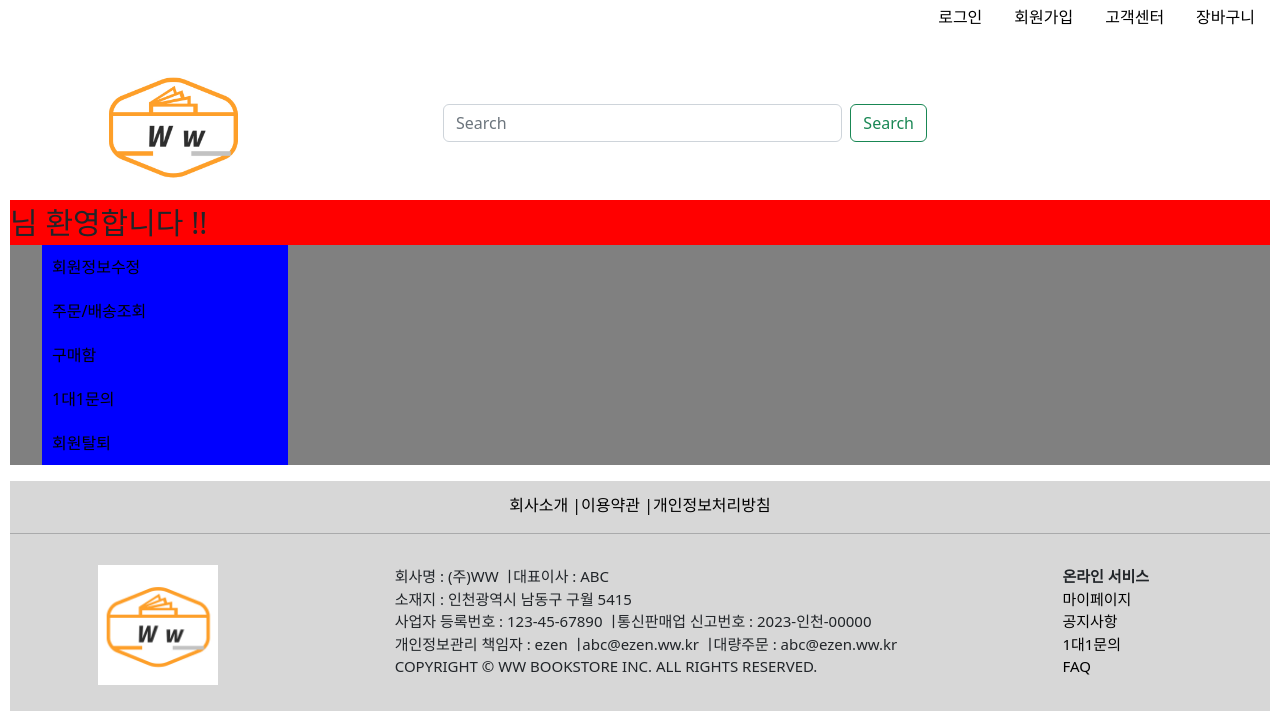
Repository: leehyeonung/project6
Page: http://localhost/book/WEB-INF/views/member/mypage.jsp
The author's editor kept a copy of each file at every save. The page is drawn from the files as they stood at one save, then again after the next save.
The browser window is 1280 px wide. The pictures show the whole page.
The page is served by Tomcat 9. Nobody is signed in. Other server files are loaded and not shown. The template is opened directly, without the code that normally fills it, so the values that code supplies are empty.

Above is the page before, as saved 2023-01-06 03:04:05.

### book/src/main/webapp/WEB-INF/views/member/mypage.jsp
<%@ page language="java" contentType="text/html; charset=UTF-8"
    pageEncoding="UTF-8"%>
<!DOCTYPE html>
<html>
<head>
<meta charset="UTF-8">
<title>Insert title here</title>
<link rel="stylesheet" type="text/css" href="/resources/css/mypage.css">
</head>
<body>
<jsp:include page="../layout/header.jsp"></jsp:include>
<div class="main">

<div class="information">

<div class="id">
${ses.mem_id}님 환영합니다 !!
</div>

<div class="cell">
${ses.mem_cell_num}
</div>

</div>

<div class="select">
<ul>
	<li><a href="/mem/modify" class="category">회원정보수정</a></li>
	<li><a href="/mem/orderCheck?mem_num=${ses.mem_num}" class="category">주문/배송조회</a></li>
	<li><a href="/mem/buyCheck?mem_num=${ses.mem_num}" class="category">구매함</a></li>
	<li><a href="/board/list" class="category">1대1문의</a></li>
	<li><a href="/mem/delete" class="category">회원탈퇴</a></li>
</ul>
</div>

</div>

<jsp:include page="../layout/footer.jsp"></jsp:include>
</body>
</html>

### book/src/main/webapp/WEB-INF/views/layout/header.jsp
<%@ page language="java" contentType="text/html; charset=UTF-8"
    pageEncoding="UTF-8"%>
<%@ taglib uri="http://java.sun.com/jsp/jstl/core" prefix="c"%>
<!DOCTYPE html>
<html>
<head>
<meta charset="UTF-8">
<title>Insert title here</title>
<!-- CSS only -->
<link href="https://cdn.jsdelivr.net/npm/bootstrap@5.2.2/dist/css/bootstrap.min.css"
rel="stylesheet" integrity="sha384-Zenh87qX5JnK2Jl0vWa8Ck2rdkQ2Bzep5IDxbcnCeuOxjzrPF/et3URy9Bv1WTRi"
crossorigin="anonymous">
<link rel="stylesheet" type="text/css" href="/resources/css/header.css">
</head>
<body>

<div class="header">
    <div class="menu">
        <c:if test="${ses.mem_id ==null}">
        <ul><a href="/mem/loginPage">로그인</a></ul>
        <ul><a href="/mem/joinPage">회원가입</a></ul>
        </c:if>
        <c:if test="${ses.mem_id == 'admin' }">
        <ul><a href="/mem/logOut">로그아웃</a></ul>
        <ul><a href="/mem/adminpage">관리인페이지</a></ul>
        </c:if>
        <c:if test="${ses.mem_id !=null && ses.mem_id !='admin' }">
        <ul><a href="/mem/logOut">로그아웃</a></ul>
        <ul><a href="/mem/mypage">마이페이지</a></ul>
        </c:if>
        <ul><a href="#">고객센터</a></ul>
        <ul><a href="#">장바구니</a></ul>
    </div>
    <div class="bar">
       <div class="logo">
         <a href="/"><img src="/resources/image/logo.jpg" alt="로고"></a>
       </div>
         <div class="searchBar">
            <form class="d-flex" role="search">
                 <input class="form-control me-2" type="search" placeholder="Search" aria-label="Search">
                 <button class="btn btn-outline-success" type="submit">Search</button>
              </form>
         </div>
       <div class="icons">
         <a href=""><i class="fa-solid fa-cart-shopping"></i></a>
            <a href=""><i class="fa-solid fa-user"></i></a>
       </div>
    </div>
</div>
</body>
</html>

### book/src/main/webapp/WEB-INF/views/layout/footer.jsp
<%@ page language="java" contentType="text/html; charset=UTF-8"
   pageEncoding="UTF-8"%>
<!DOCTYPE html>
<html>
<head>
<meta charset="UTF-8">
<title>Insert title here</title>
<link rel="stylesheet" type="text/css" href="/resources/css/footer.css">

</head>

<body>
   <div class="footer">
      <div class="footer-top">
         <ul>
            <li><a href="">회사소개 | </a></li>
            <li><a href="">이용약관 | </a></li>
            <li><a href="">개인정보처리방침</a></li>
         </ul>
      </div>
      <hr>
      <div class="address">
         <div class="footer-logo">
            <img src="/resources/image/logo.jpg" alt="로고">
         </div>
         <div class="address-box">
            <ul>
               <li>회사명 : (주)WW <span style="margin-right: -7px;">ㅣ</span>
                  대표이사 : ABC
               </li>

               <li>소재지 : 인천광역시 남동구 구월 5415</li>
               <li>사업자 등록번호 : 123-45-67890 <span style="margin-right: -7px;">ㅣ</span>
                  통신판매업 신고번호 : 2023-인천-00000
               </li>

               <li>개인정보관리 책임자 : ezen <span style="margin-right: -7px;">ㅣ</span>
                  abc@ezen.ww.kr <span style="margin-right: -7px;">ㅣ</span> 대량주문 :
                  abc@ezen.ww.kr
               </li>

               <li>COPYRIGHT © WW BOOKSTORE INC. ALL RIGHTS RESERVED.</li>

            </ul>

         </div>
         <div class="online-serviceBar">
            <strong>온라인 서비스</strong>
            <ul>
               <li><a href="">마이페이지</a></li>
               <li><a href="">공지사항</a></li>
               <li><a href="">1대1문의</a></li>
               <li><a href="">FAQ</a></li>
            </ul>
         </div>
      </div>
   </div>

</body>
</html>

### book/src/main/webapp/resources/css/mypage.css
@charset "UTF-8";
*{
	margin: 0 auto;
	padding: 0px;

}
.main{
    margin: auto;
    width: 1260px;
    background-color: gray;


}
.id{
    font-size: 30px;
}
.information{
	background-color : red;
}
.category{
    display: inline-block;
	width : 20%;
	height : 100%;
    background-color: blue;
    padding: 10px;
}

### book/src/main/webapp/resources/css/header.css
@charset "UTF-8";
*{
	margin: 0px;
	padding: 0px;
}
.header{
    width: 1260px;
    height: 200px;
   /*  background-color: pink; */
}
.menu{
   display: flex;
   justify-content: flex-end;
   padding:5px;

}
.logo{
    width: 150px;
    height: 150px;
    background-color: blue;
}
.logo>a>img{
    width: 150px;
    height: 150px;
}
.searchBar{
   /* position:absolute; */
    width: 484px;
    height: 42px;
    /* background-color: gold; */
    margin-top:54px;
    border-radius: 30px;

}
.bar{

   height: 150px;
   display: flex;
   flex-direction: row;
   flex-wrap:nowrap;
   justify-content:space-around;
/*    align-items: baseline; */


}
i{
    font-size: 42px;
    color: black;
    margin-top:54px;
    margin-right: 20px;
}

### book/src/main/webapp/resources/css/footer.css
@charset "UTF-8";
.footer {
   width: 1260px;
   height: 230px;
   background-color: rgba(175, 175, 175, 0.5);
   margin: 0 auto;
}

.footer-logo {

   width: 120px;
   height: 120px;
   background-color: beige;
}
.footer-logo>img{
   width: 120px;
   height: 120px;
}

.address-box {
   text-align: left;
   padding: 0;
   margin: 0;
}

.address {
   padding: 15px;
   height: 150px;
   display: flex;
   font-size: 15px;
   /* align-items: baseline; */
   flex-direction: row;
   flex-wrap: nowrap;
   justify-content: space-around;
}

ul {
   list-style: none;
}

.footer, .address li {

}

.footer-top {
   text-align: center;
   padding-top: 12px;
}

.footer-top>ul {
   margin: 0;
   padding: 0;
   display: flex;
   justify-content: center;
}

.footer-top>li {
   margin: 0;
   padding: 0;
}

a {
   text-decoration-line: none;
   color: black;
}

a:visited {
   text-decoration: none;
}

a:hover {
   text-decoration: none;
}

a:focus {
   text-decoration: none;
}

a:hover, a:active {
   text-decoration: none;
}

.online-serviceBar {
   padding: 0px;
   margin-left: 20px;
   width: 120px;
   height: 120px;
}

.online-serviceBar>ul {
   margin: 0px;
   padding: 0px;
}

After the next save:
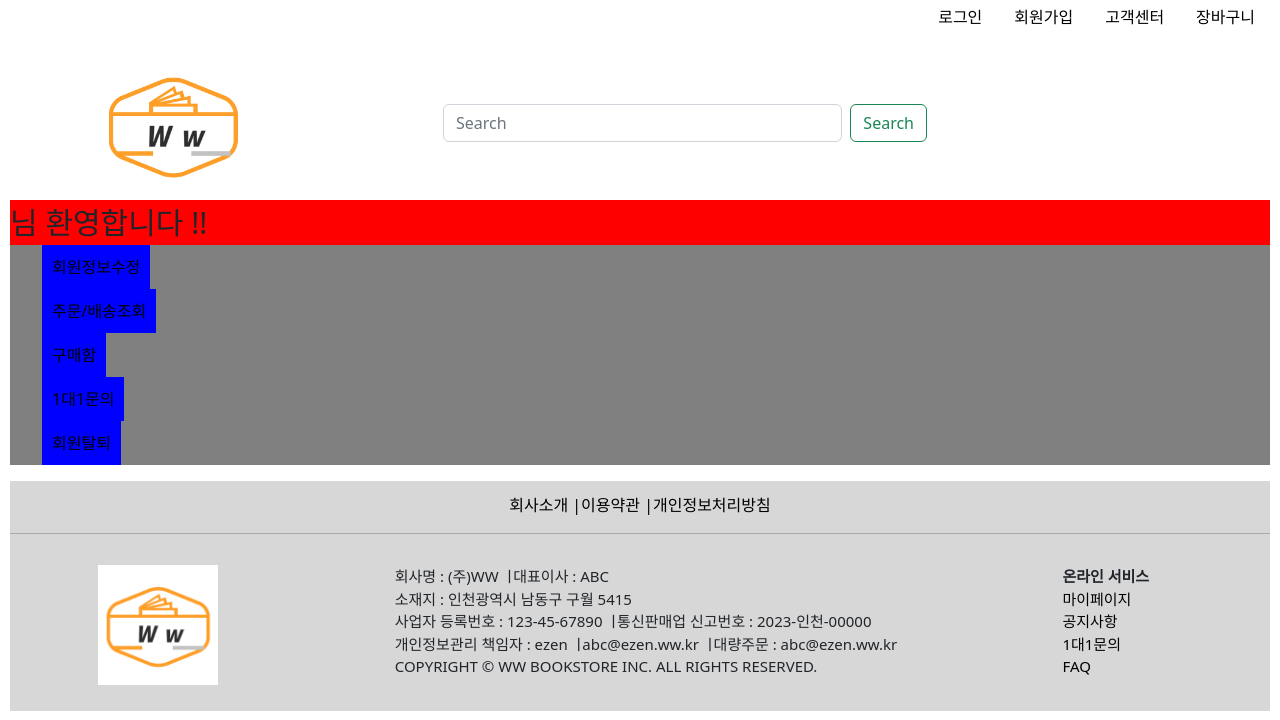
Saved 88 s later.
--- a/book/src/main/webapp/resources/css/mypage.css
+++ b/book/src/main/webapp/resources/css/mypage.css
@@ -19,7 +19,6 @@
 }
 .category{
     display: inline-block;
-	width : 20%;
 	height : 100%;
     background-color: blue;
     padding: 10px;
